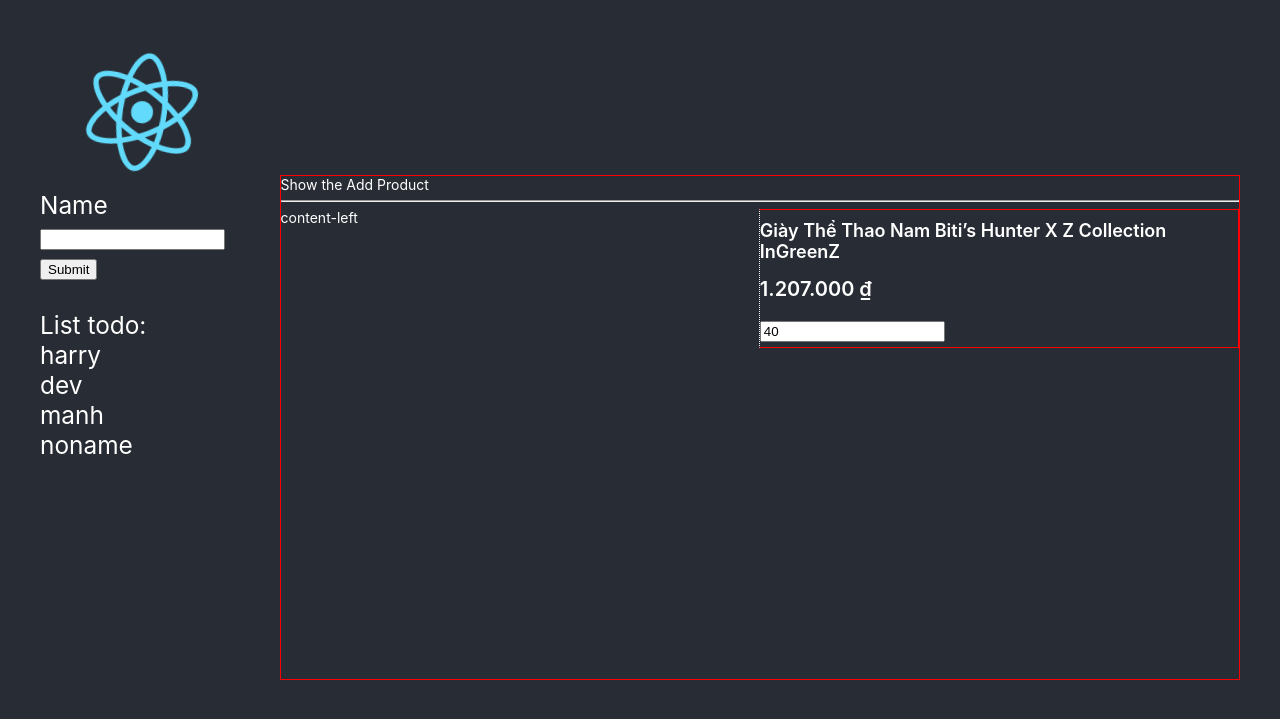
Repository: minh66hn/base-react-hook
Page: /
These files come from the project's save history. The page is drawn as it stood at one moment and after the next save; the edit follows.
The browser window is 1280 px wide. The pictures show the whole page.
The project was rebuilt for these pictures with package versions that can differ from the ones it lists, and the page was loaded fresh each time.

Above is the page before, as saved 2022-05-01 17:13:18.

After the next save:
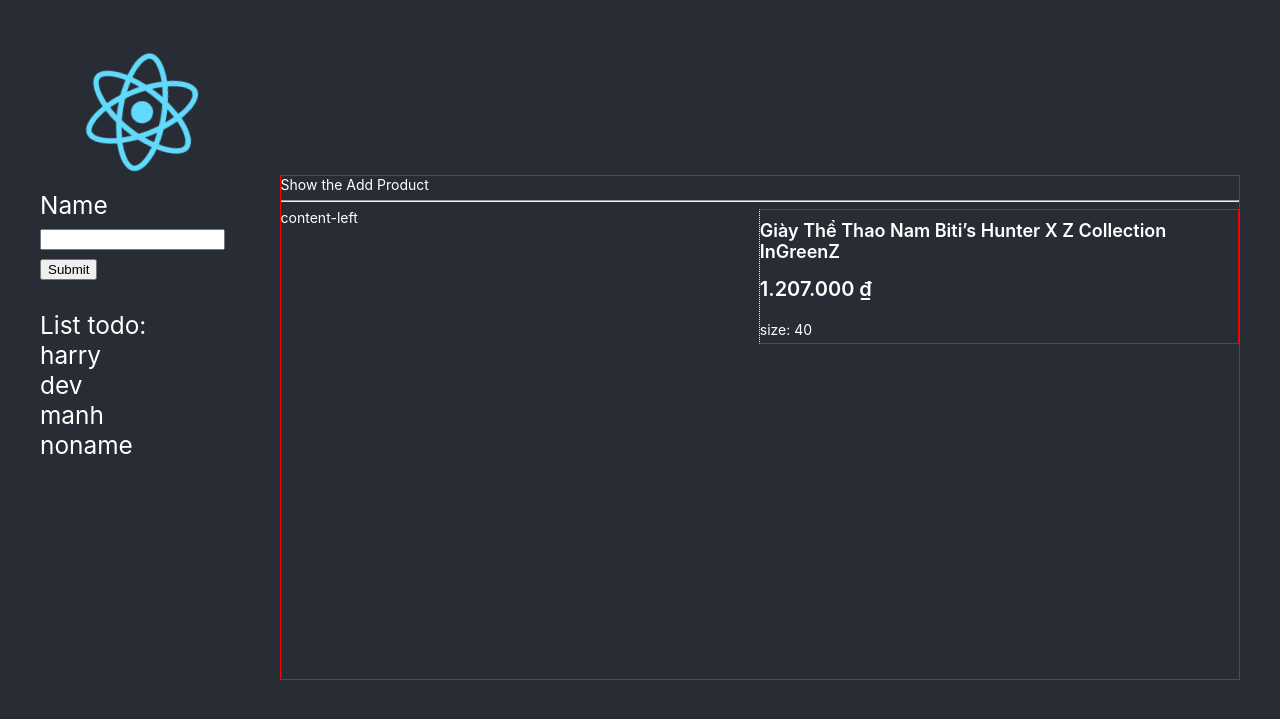
Saved 58 s later.
--- a/src/components/Products/Product.js
+++ b/src/components/Products/Product.js
@@ -10,7 +10,7 @@
         </div>
         <div className="price">1.207.000 ₫</div>
         <div className="size">
-          <input type="number" value={40} />
+          size: 40
         </div>
       </div>
     </div>
